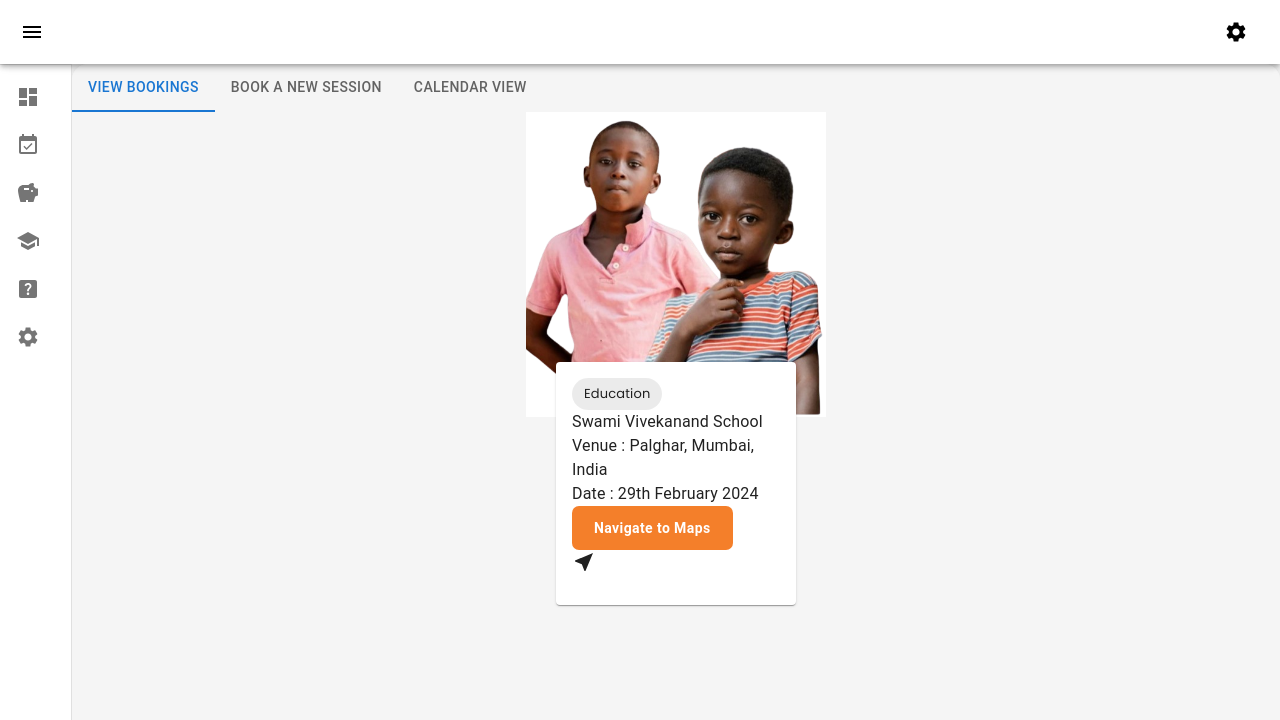
Repository: shubhampirate/Google_Solutions_Edural
Page: /bookings
The author's editor kept a copy of each file at every save. The page is drawn from the files as they stood at one save, then again after the next save.
The browser window is 1280 px wide. The pictures show the whole page.
An inner scrolling area shows only its first screen. The project was rebuilt for these pictures with package versions that can differ from the ones it lists, and the page was loaded fresh each time. Some packages were replaced by stand-ins written for this rebuild. Also part of the build but not shown: src/Components/Navbar.jsx, src/Components/Footer.jsx, src/Components/CongratsCard.jsx, src/pages/Hero/Hero.jsx, src/pages/Dashboard/Dashboard.jsx, src/pages/Sign_in.jsx, src/pages/Bookings/LicenseCard.jsx.

Above is the page before, as saved 2024-02-04 18:06:33.

After the next save:
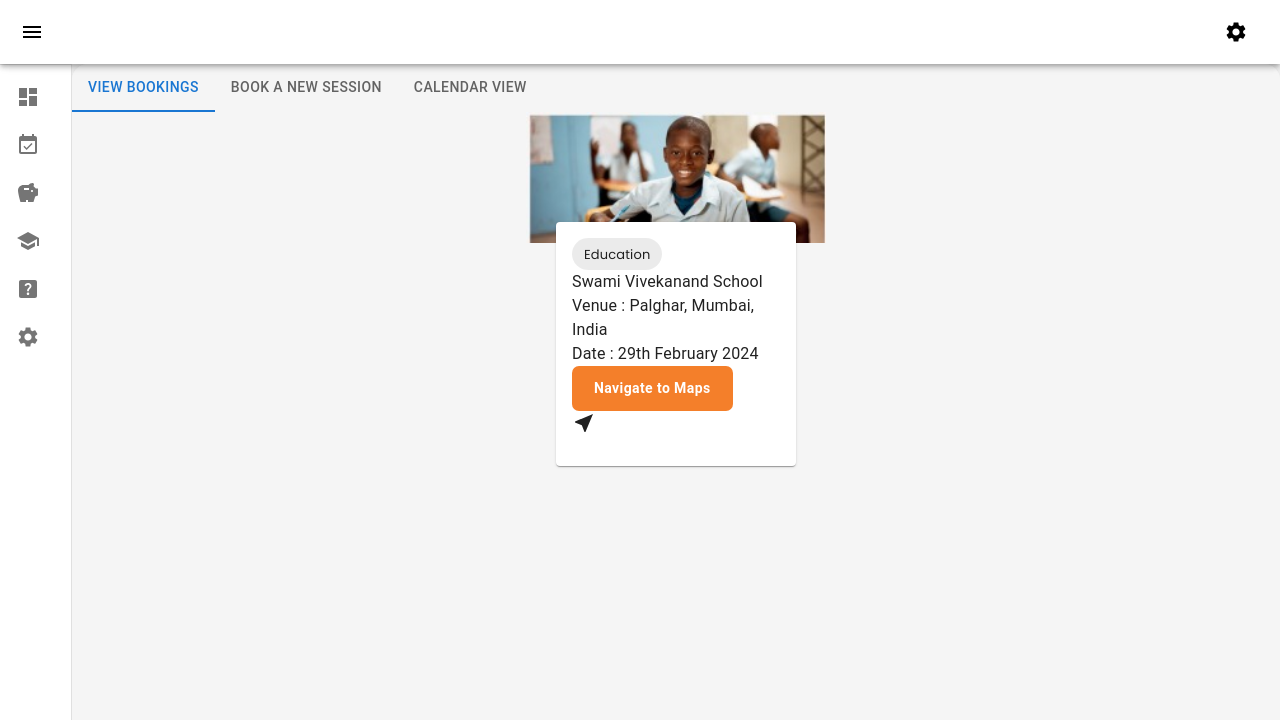
Saved 2 min 6 s later.
--- a/src/pages/Bookings/bookings.jsx
+++ b/src/pages/Bookings/bookings.jsx
@@ -14,7 +14,7 @@ import LicenseCard from './LicenseCard';
 import { CardActions, Button } from '@mui/material';
 import Chip from '@mui/material/Chip';
 import CustomButton from '../../Components/CustomButton';
-import heroImg from "../../media/img_main_page.png";
+import heroImg from "../../media/img_1.jpeg";
 import NorthEastIcon from '@mui/icons-material/NorthEast';
 import NearMeIcon from '@mui/icons-material/NearMe';
 const defaultTheme = createTheme();
